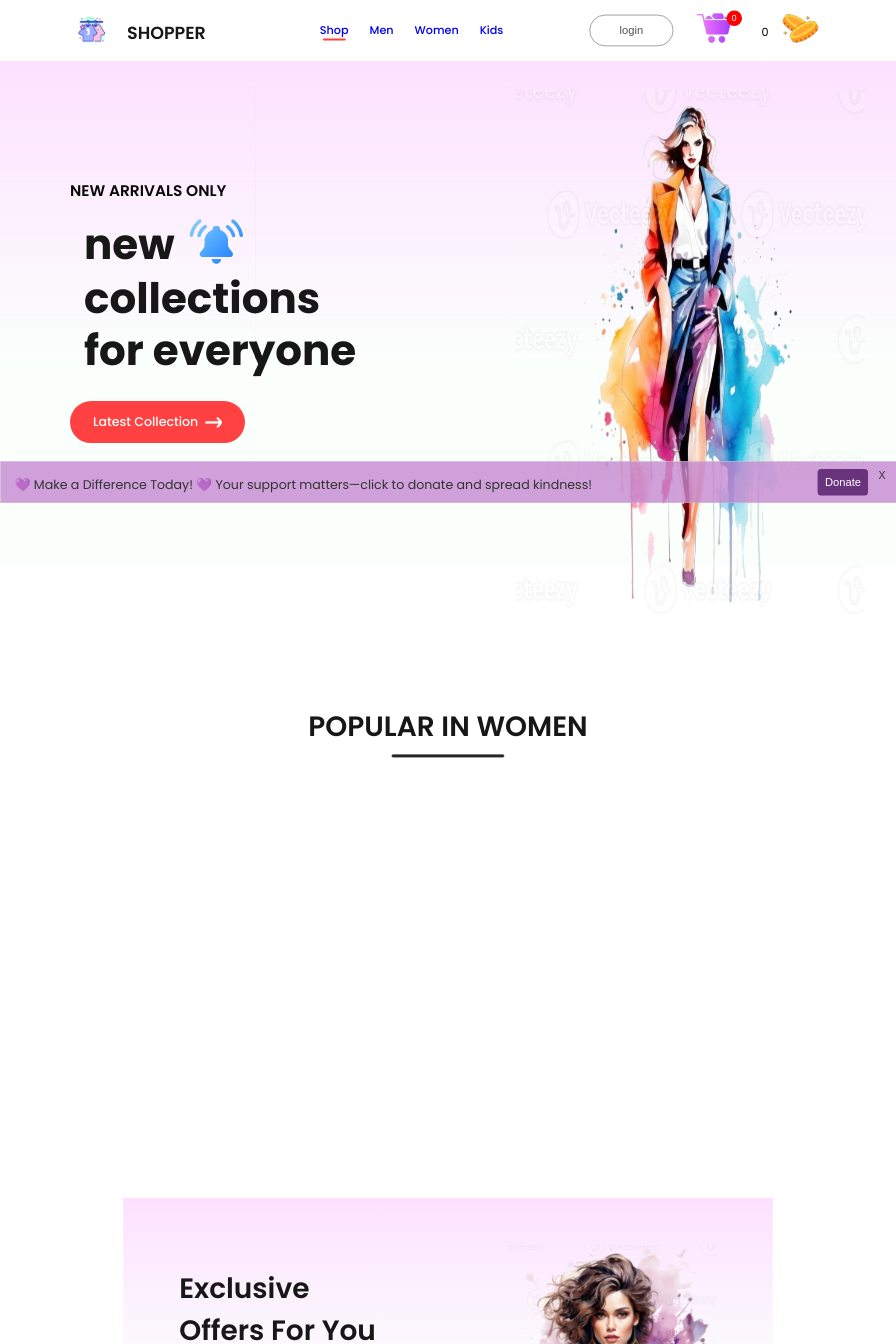
Repository: PayalJakhar/Shoppers-E-commerce-Website
Page: / (app in frontend/)
These files come from the project's save history. The page is drawn as it stood at one moment and after the next save; the edit follows.
The browser window is 1280 px wide. The pictures show the part of the page from y = 0 to 1920 px (the page is 3692 px tall), at 70% of full size.
The page's requests for data from a server got no answer. The project was rebuilt for these pictures with package versions that can differ from the ones it lists, and the page was loaded fresh each time. No one was signed in, and anything a server would have sent is missing. Also part of the build but not shown: frontend/src/App.css, frontend/src/Components/Item/Item.css, frontend/src/Components/Item/Item.jsx, frontend/src/Pages/Css/ShopCategory.css, frontend/src/Pages/ShopCategory.jsx, frontend/src/Components/Breadcrums/Breadcrum.css, frontend/src/Components/Breadcrums/Breadcrum.jsx, frontend/src/Components/ProductDisplay/ProductDisplay.css and 13 more.

Above is the page before, as saved 2025-02-07 19:32:45.

After the next save:
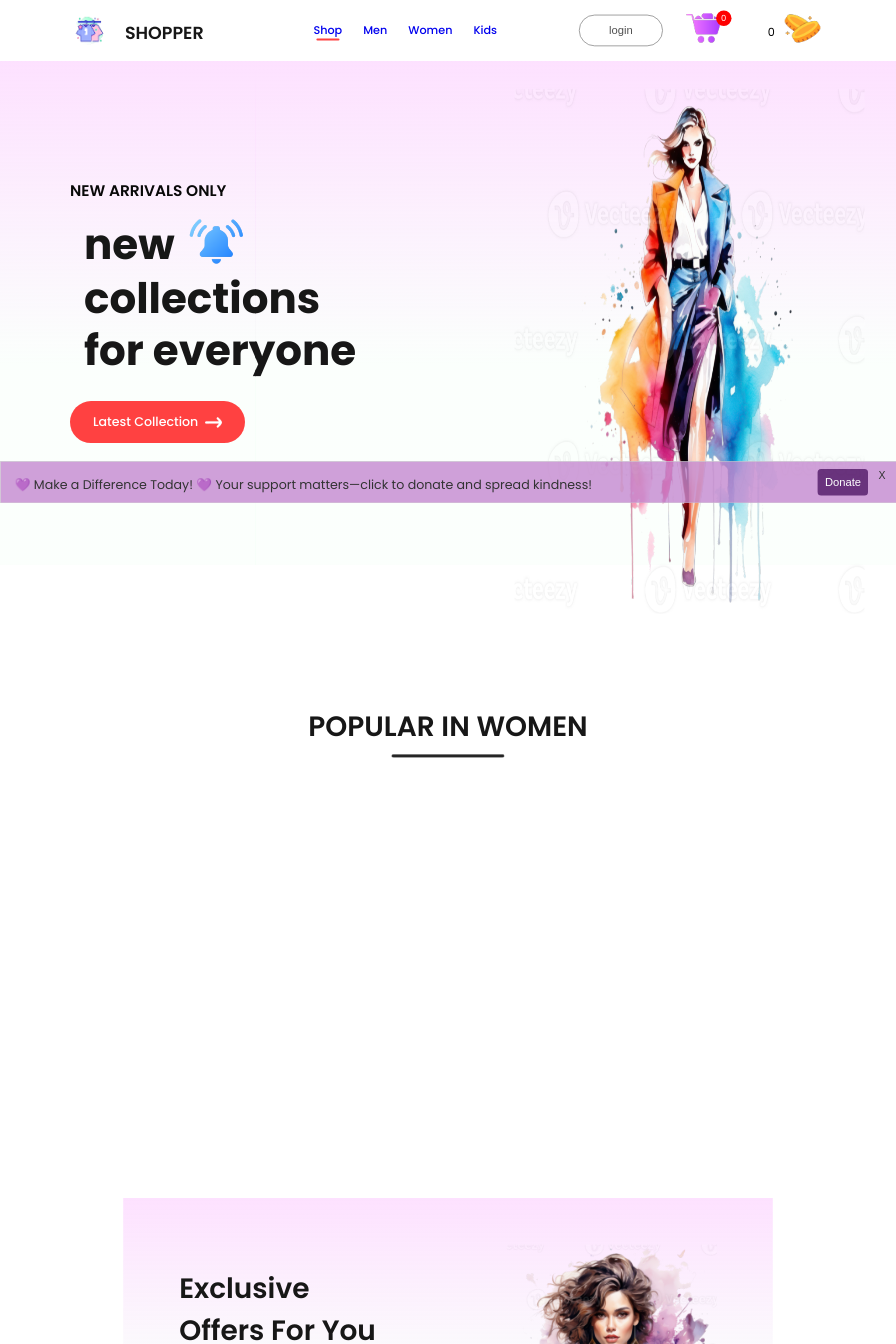
Saved 10 s later.
--- a/frontend/src/Components/Navbar/Navbar.css
+++ b/frontend/src/Components/Navbar/Navbar.css
@@ -87,7 +87,7 @@
 .nav-coin-count{
     width:22px;
     height:22px;
-    margin-left:-95px;
+    margin-left:-65px;
     margin-right:-115px;
 }
 /* here we are making it responsive for max-width: 1280px */
